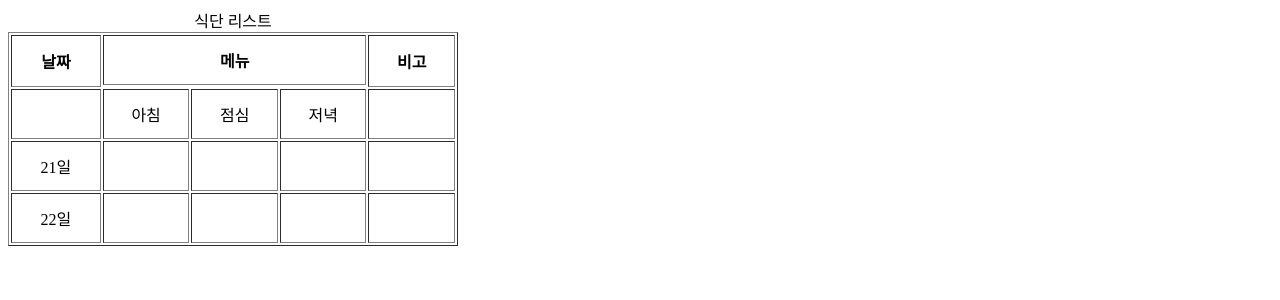
Repository: gus-123/Edu_KCC_HTML
Page: Html/WebContent/test/table2.html
These files come from the project's save history. The page is drawn as it stood at one moment and after the next save; the edit follows.
The browser window is 1280 px wide. The pictures show the whole page.

Above is the page before, as saved 2024-07-08 05:41:27.

After the next save:
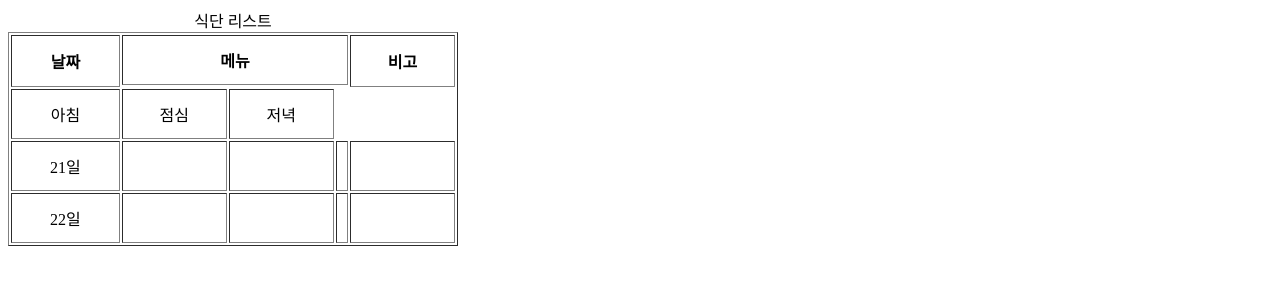
Saved 40 s later.
--- a/Html/WebContent/test/table2.html
+++ b/Html/WebContent/test/table2.html
@@ -16,11 +16,9 @@
 	</thead>
 	<tbody>
 		<tr height="50" align="center">
-			<td></td>
 			<td>아침</td>
 			<td>점심</td>
 			<td>저녁</td>
-			<td></td>
 		</tr>
 		<tr height="50" align="center">
 			<td>21일</td>

After the save that followed:
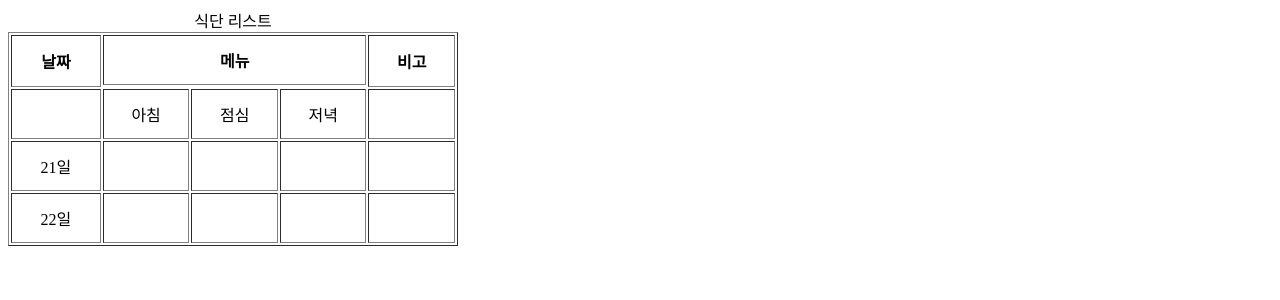
Saved 27 s later.
--- a/Html/WebContent/test/table2.html
+++ b/Html/WebContent/test/table2.html
@@ -16,9 +16,11 @@
 	</thead>
 	<tbody>
 		<tr height="50" align="center">
+			<td></td>
 			<td>아침</td>
 			<td>점심</td>
 			<td>저녁</td>
+			<td></td>
 		</tr>
 		<tr height="50" align="center">
 			<td>21일</td>
